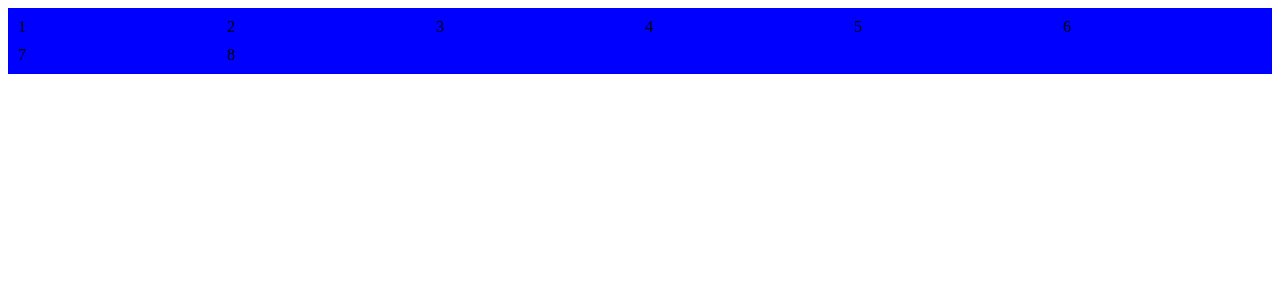
Repository: Thonghehe/Lab2_Web106
Page: Buoi2/index24.html
The author's editor kept a copy of each file at every save. The page is drawn from the files as they stood at one save, then again after the next save.
The browser window is 1280 px wide. The pictures show the whole page.

Above is the page before, as saved 2024-03-09 17:12:52.

### Buoi2/index24.html
<!DOCTYPE html>
<html lang="en">

<head>
    <meta charset="UTF-8">
    <meta name="viewport" content="width=device-width, initial-scale=1.0">
    <title>Document</title>
    <style>
        .container {
            display: grid;
            grid-template-columns: auto auto auto auto auto auto;
            gap: 10px;
            padding: 10px;
            background-color: blue;
        }

        .item8 {}
    </style>
</head>

<body>
    <div class="container">
        <div class="item1">1</div>
        <div class="item2">2</div>
        <div class="item3">3</div>
        <div class="item4">4</div>
        <div class="item5">5</div>
        <div class="item6">6</div>
        <div class="item7">7</div>
        <div class="item8">8</div>
    </div>
</body>

</html>

After the next save:
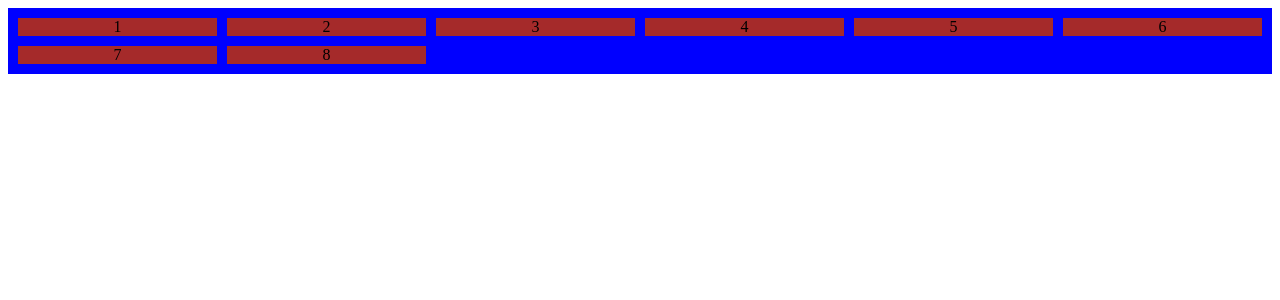
Saved 47 s later.
--- a/Buoi2/index24.html
+++ b/Buoi2/index24.html
@@ -12,6 +12,11 @@
             gap: 10px;
             padding: 10px;
             background-color: blue;
+        }
+
+        .container>div {
+            background-color: brown;
+            text-align: center;
         }
 
         .item8 {}
